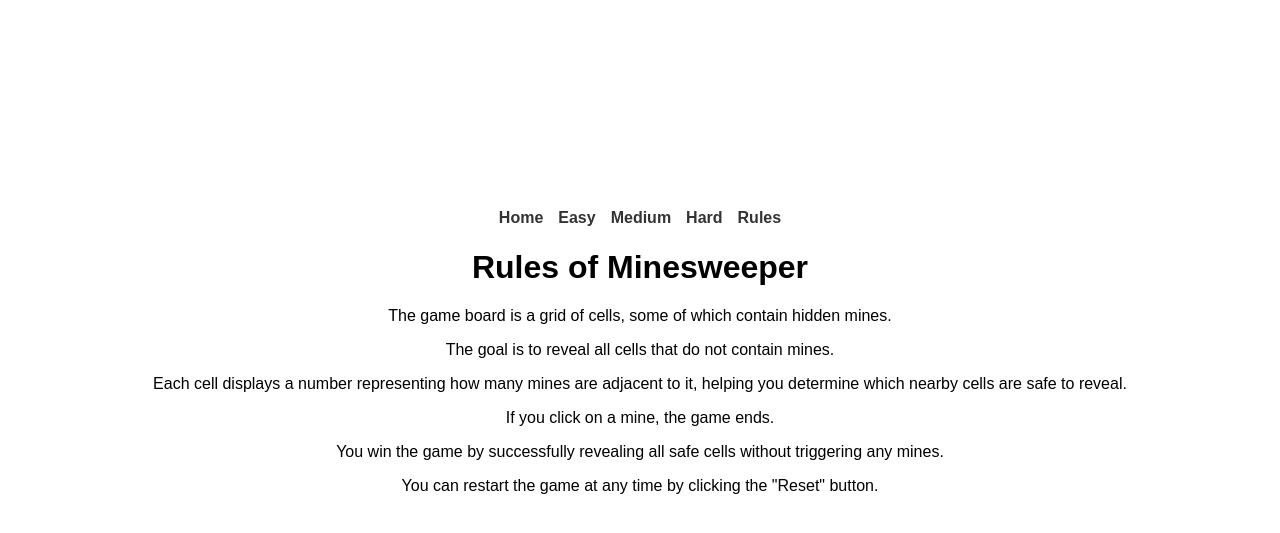
Repository: liwingy/-WingYee-_-Li-project2
Page: /rules (app in minesweeper/)
The author's editor kept a copy of each file at every save. The page is drawn from the files as they stood at one save, then again after a run of saves.
The browser window is 1280 px wide. The pictures show the whole page.
The project was rebuilt for these pictures with package versions that can differ from the ones it lists, and the page was loaded fresh each time. Also part of the build but not shown: minesweeper/src/views/Homepage.js, minesweeper/src/components/Cell.js, minesweeper/src/views/Game.js.

Above is the page before, as saved 2024-11-11 14:13:20.

### minesweeper/src/App.js
import './styles.css';
import { BrowserRouter as Router, Routes, Route, Link } from 'react-router-dom';
import Homepage from './views/Homepage';
import Game from './views/Game';
import Rules from './views/Rules';

function App() {
  return (
    <Router>
      <nav>
        <Link to="/">Home</Link>
        <Link to="/game/easy">Easy</Link>
        <Link to="/game/medium">Medium</Link>
        <Link to="/game/hard">Hard</Link>
        <Link to="/rules">Rules</Link>
      </nav>
      <Routes>
        <Route path="/" element={<Homepage />} />
        <Route path="/game/:difficulty" element={<Game />} />
        <Route path="/rules" element={<Rules />} />
      </Routes>
    </Router>
  );
}

export default App;

### minesweeper/src/styles.css
/* General Styles */
body, html {
  display: flex;
  justify-content: center;
  align-items: center;
  height: 100vh;
  margin: 0;
  font-family: Arial, sans-serif;
  text-align: center;
}

/* Main Container */
.main-container {
  display: flex;
  flex-direction: column;
  align-items: center;
  width: 100%;
  max-width: 600px;
}

/* Navbar Styling */
nav {
  display: flex;
  gap: 15px;
  margin-bottom: 20px;
  justify-content: center;
  width: 100%;
}

nav a {
  text-decoration: none;
  color: #333;
  font-weight: bold;
}

nav a:hover {
  color: #555;
}

/* Board Styling */
.board {
  display: grid;
  gap: 2px;
  justify-content: center;
  margin-top: 20px;
  /* Dynamically adjust the number of columns based on grid size */
}

/* Cell Styling */
.cell {
  width: 30px;
  height: 30px;
  border: 1px solid #333;
  display: flex;
  align-items: center;
  justify-content: center;
  font-size: 20px;
  cursor: pointer;
}

/* Revealed Cell Styling */
.cell.revealed {
  background-color: #d0d0d0;
}

/* Hover Effect for Cell */
.cell:hover {
  background-color: #e0e0e0;
}

/* Adjust the cell size for larger grids in hard mode */
.board.hard .cell {
  width: 20px;
  height: 20px;
  font-size: 16px;
}

/* Responsive adjustments for larger screens */
@media (min-width: 1024px) {
  .board.hard .cell {
    width: 25px;
    height: 25px;
    font-size: 16px;
  }
}

/* Button Styling */
button {
  margin-top: 20px;
  padding: 10px 20px;
  font-size: 16px;
  cursor: pointer;
  background-color: #333;
  color: #fff;
  border: none;
  border-radius: 5px;
}

button:hover {
  background-color: #555;
}

### minesweeper/src/views/Rules.js
import React from 'react';

function Rules() {
  return (
    <div>
      <h1>Rules of Minesweeper</h1>
      <p>The game board is a grid of cells, some of which contain hidden mines.</p>
      <p>The goal is to reveal all cells that do not contain mines.</p>
      <p>Each cell displays a number representing how many mines are adjacent to it, helping you determine which nearby cells are safe to reveal.</p>
      <p>If you click on a mine, the game ends.</p>
      <p>You win the game by successfully revealing all safe cells without triggering any mines.</p>
      <p>You can restart the game at any time by clicking the "Reset" button.</p>
    </div>
  );
}

export default Rules;

Loaded but not shown: minesweeper/public/index.html (common file); minesweeper/src/index.js (common file)

After the next 2 saves:
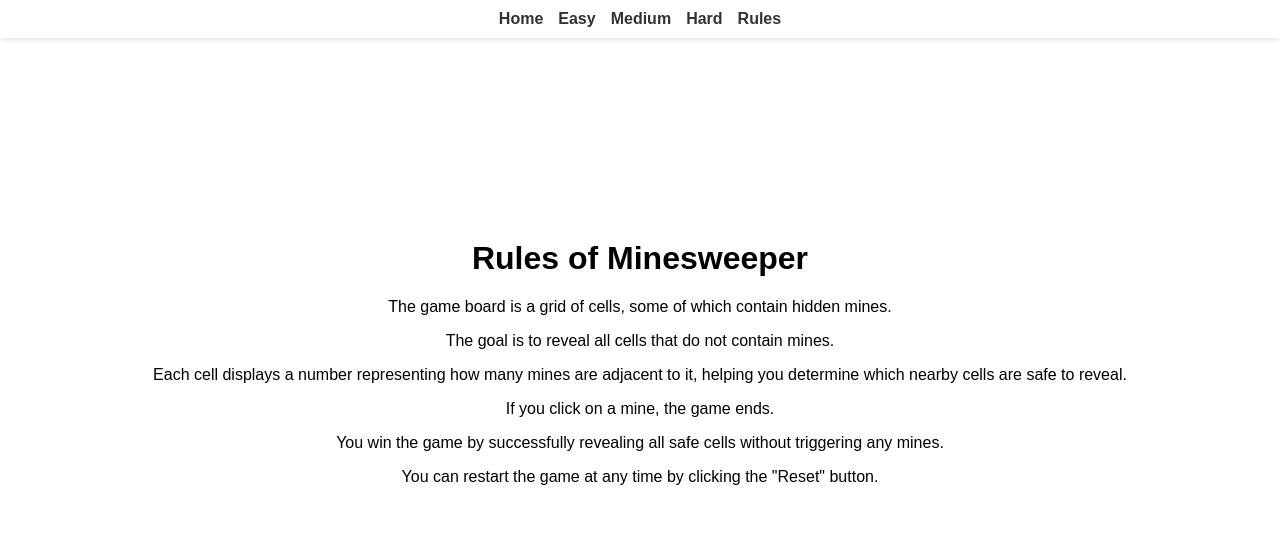
The 2 saves are shown as one change because they came seconds apart.
The last was saved 110 s later.
--- a/minesweeper/src/styles.css
+++ b/minesweeper/src/styles.css
@@ -16,15 +16,22 @@ body, html {
   align-items: center;
   width: 100%;
   max-width: 600px;
+  margin-top: 60px; /* Add top margin to avoid overlap with navbar */
 }
 
 /* Navbar Styling */
 nav {
+  position: fixed; /* Make the navbar fixed at the top */
+  top: 0;
+  left: 0;
+  right: 0;
   display: flex;
   gap: 15px;
-  margin-bottom: 20px;
   justify-content: center;
-  width: 100%;
+  background-color: white; /* Background color to cover content behind */
+  padding: 10px;
+  box-shadow: 0 2px 5px rgba(0, 0, 0, 0.1); /* Optional shadow for visual separation */
+  z-index: 1000; /* Ensure it stays above other content */
 }
 
 nav a {
